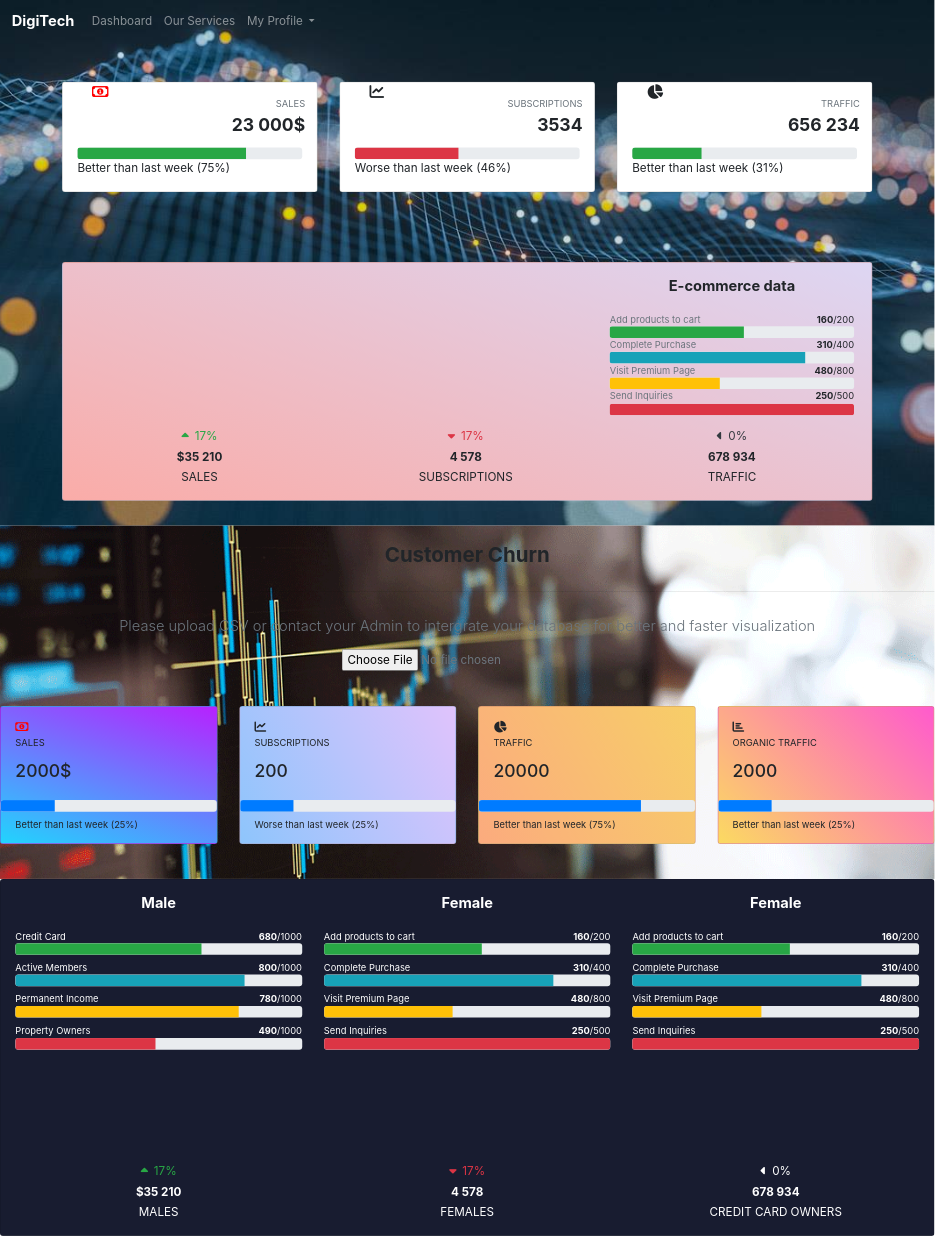
Repository: Tookliin/DigiTech
Page: /data
These files come from the project's save history. The page is drawn as it stood at one moment and after the next save; the edit follows.
The browser window is 1280 px wide. The page is 1295 px wide, so the pictures cover 1295 px, including what lies to the right of the window. The pictures show the whole page, at 73% of full size.
The project was rebuilt for these pictures with package versions that can differ from the ones it lists, and the page was loaded fresh each time. Also part of the build but not shown: src/components/Dashboard.vue, src/components/Profile.vue, src/components/Error.vue, src/components/Register.vue.

Above is the page before, as saved 2020-07-22 09:52:47.

After the next save:
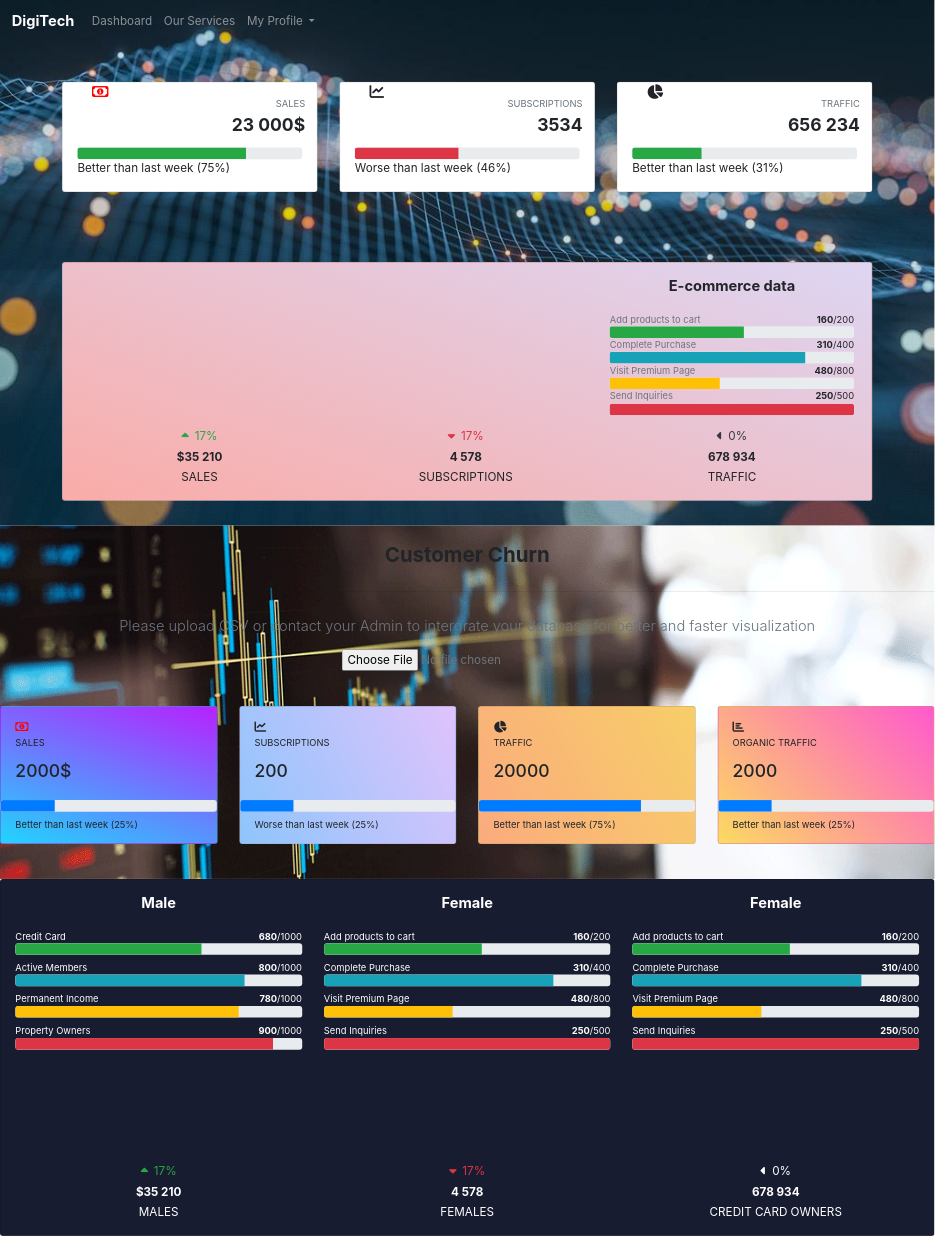
Saved 22 s later.
--- a/src/components/Organization.vue
+++ b/src/components/Organization.vue
@@ -255,10 +255,10 @@
 
           <div class="d-flex justify-content-between mt-2">
             <small class="text-white">Property Owners</small>
-            <small class="text-white"><span><strong>490</strong></span>/<span></span>1000</small>
-          </div>
-          <div class="progress md-progress">
-            <div class="progress-bar bg-danger" role="progressbar" style="width: 49%" ></div>
+            <small class="text-white"><span><strong>900</strong></span>/<span></span>1000</small>
+          </div>
+          <div class="progress md-progress">
+            <div class="progress-bar bg-danger" role="progressbar" style="width: 90%" ></div>
           </div>
         </div>
 
